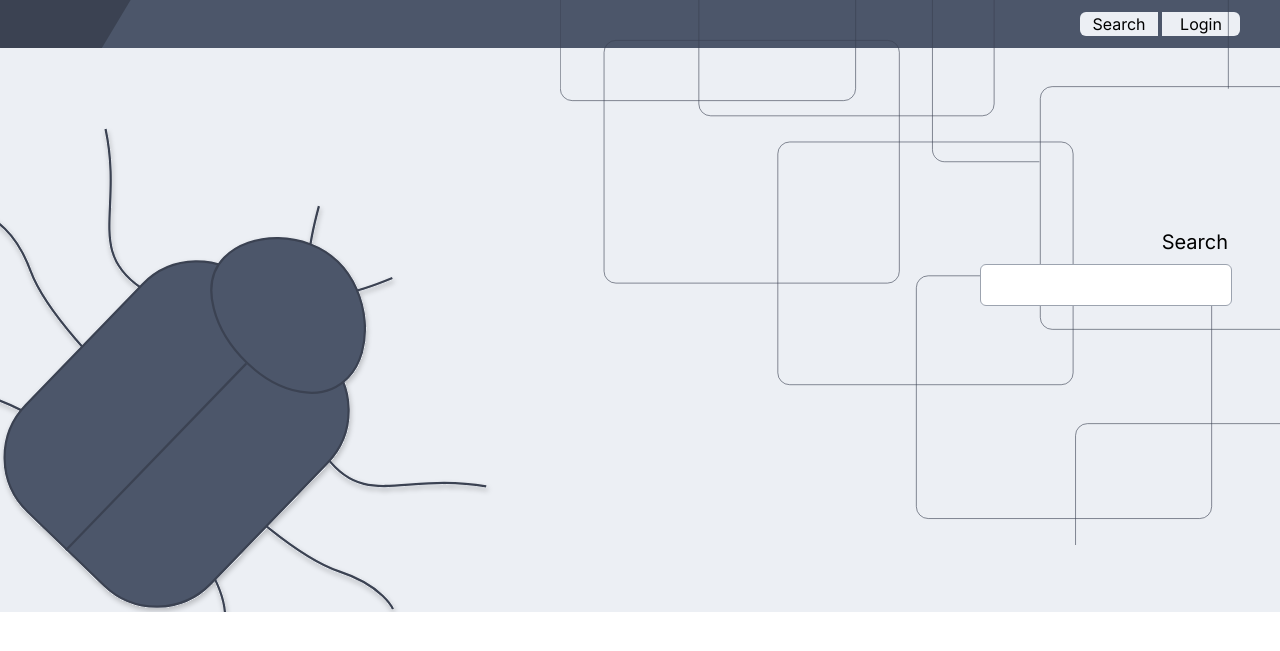
Repository: Qu4ntumGuy/project-bug
Page: /
The author's editor kept a copy of each file at every save. The page is drawn from the files as they stood at one save, then again after the next save.
The browser window is 1280 px wide. The pictures show the whole page.
The project was rebuilt for these pictures with package versions that can differ from the ones it lists, and the page was loaded fresh each time. The framework's server and built-in components were replaced by stand-ins that run in the browser. Also part of the build but not shown: next.config.mjs.

Above is the page before, as saved 2024-02-12 00:01:17.

### src/app/layout.js
import { Inter } from "next/font/google";
import "./globals.css";

const inter = Inter({ subsets: ["latin"] });

export default function RootLayout({ children }) {
  return (
    <html lang="en">
      <head>
        <title>Project-bug</title>
        <meta name="description" content="Description goes here." />
        <link rel="preconnect" href="https://fonts.googleapis.com" />
        <link rel="preconnect" href="https://fonts.gstatic.com" crossorigin />
        <link
          href="https://fonts.googleapis.com/css2?family=Fira+Code:wght@300;400;500;600&display=swap"
          rel="stylesheet"
        />
      </head>
      <body className={inter.className}>{children}</body>
    </html>
  );
}

### src/app/page.js
import Navbar from "@/components/Navbar";
import Image from "next/image";
import bug from "../../public/Bug.svg";
import bgdesign from "../../public/bgDesign.svg";
import bgmain from "../../public/bg-main.svg";

export default function Home() {
  const bgimg = "/Bug.svg";
  return (
    <div className="bg-[#ECEFF4] overflow-hidden ">
      <Navbar />
      <div className="flex justify-between">
        {/* <Image className="" src={bug} alt="bug" />
        <Image className=" top-1 w-[100%]" src={bgdesign} alt="bgdesign" /> */}
        <div className="">
          <Image className="w-full" src={bug} alt="bug" />
        </div>
        <div className="w-full">
          <Image className="-mt-40" src={bgdesign} alt="bgdesign" />
        </div>
        <div className="absolute right-0 top-[30%]">
          <form className="flex flex-col justify-end items-end m-3 mr-10">
            <label className="mr-3 text-xl " htmlFor="search">
              Search
            </label>
            <input
              className="p-2 m-2 border border-gray-400 rounded-md"
              type="text"
            />
          </form>
        </div>
      </div>
    </div>
  );
}

### src/app/globals.css
@tailwind base;
@tailwind components;
@tailwind utilities;

/* :root {
  --foreground-rgb: 0, 0, 0;
  --background-start-rgb: 214, 219, 220;
  --background-end-rgb: 255, 255, 255;
} */

/* @media (prefers-color-scheme: dark) {
  :root {
    --foreground-rgb: 255, 255, 255;
    --background-start-rgb: 0, 0, 0;
    --background-end-rgb: 0, 0, 0;
  }
} */

body {
  color: rgb(var(--foreground-rgb));
  background: rgba(255, 255, 255, 1);
  font-family: 'Fira Code', monospace;
}

@font-face {
  font-family: "Fira Code";
  src: url("../../public/font/FiraCode-VariableFont_wght.ttf")
    format("truetype");
}


/* @layer utilities {
  .text-balance {
    text-wrap: balance;
  }
} */

### src/components/Navbar.js
import Image from "next/image";
import reactangle from "../../public/Rectangle 5.svg";

export default function Navbar() {
  return (
    <nav className="h-[10%] w-full bg-[#4C566A] flex justify-end">
      <div className="absolute flex -left-1 -top-1">
        <Image
          src={reactangle}
          alt="reactangle"
          height={52}
          className=" rounded-md"
        />
      </div>
      <div className="flex m-3 w-40 mr-10 justify-between">
        <div className="flex bg-[#ECEFF4] w-full mr-1 rounded-l-md items-center justify-center align-middle">
          <button>Search</button>
        </div>
        <div className="flex bg-[#ECEFF4] w-full rounded-r-md items-center justify-center align-middle">
          <button>Login</button>
        </div>
      </div>
    </nav>
  );
}

Loaded but not shown: tailwind.config.js (common file)

After the next save:
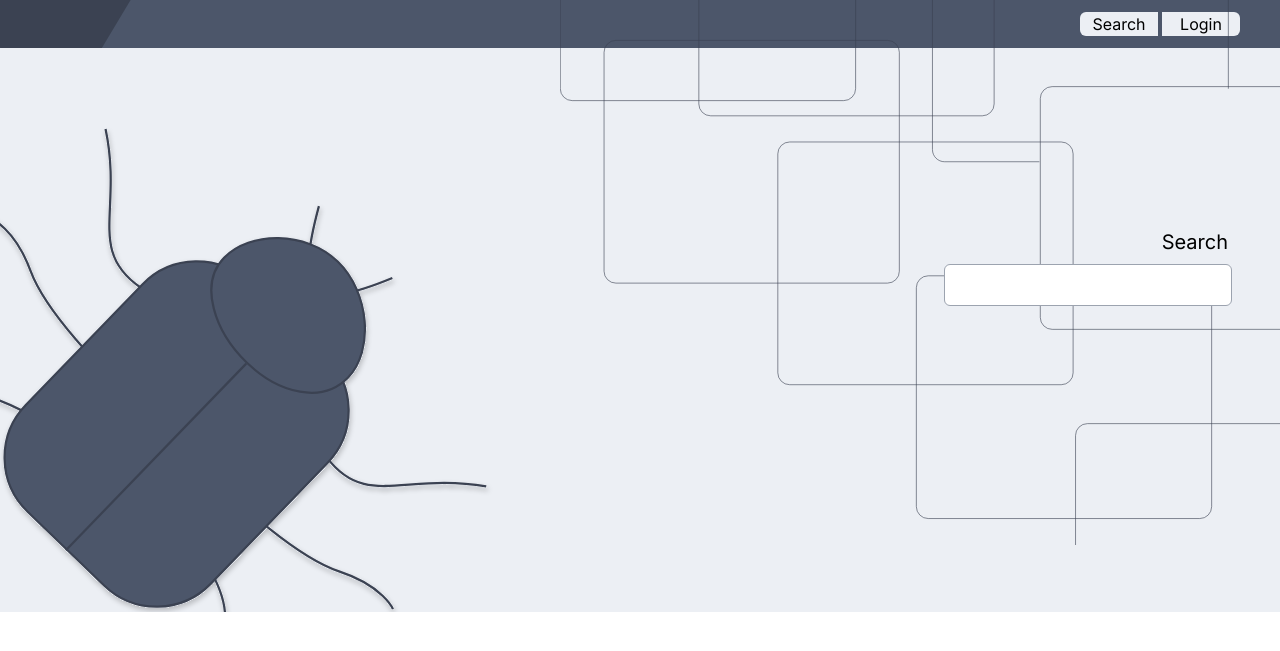
Saved 16 s later.
--- a/src/app/page.js
+++ b/src/app/page.js
@@ -24,7 +24,7 @@ export default function Home() {
               Search
             </label>
             <input
-              className="p-2 m-2 border border-gray-400 rounded-md"
+              className="p-2 m-2 border border-gray-400 rounded-md w-72"
               type="text"
             />
           </form>
